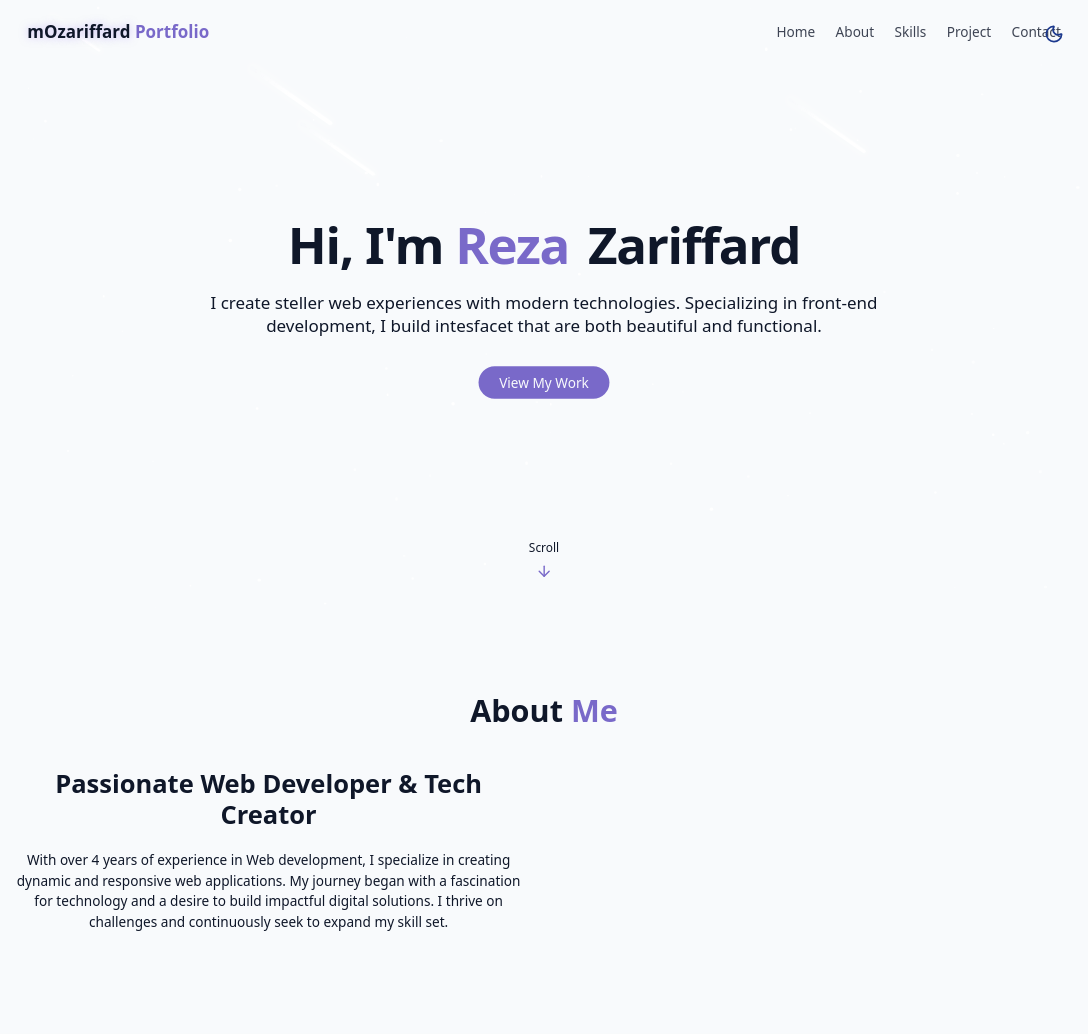
Repository: mOzariffard/Portfolio
Page: /
The author's editor kept a copy of each file at every save. The page is drawn from the files as they stood at one save, then again after the next save.
The browser window is 1280 px wide. The pictures show the whole page, at 85% of full size.
The project was rebuilt for these pictures with package versions that can differ from the ones it lists, and the page was loaded fresh each time. Also part of the build but not shown: vite.config.js, src/pages/NotFound.jsx.

Above is the page before, as saved 2025-06-29 14:37:26.

### src/App.jsx
import  Home from "./pages/Home"
import { BrowserRouter, Route, Routes } from "react-router-dom"
import NotFound from "./pages/NotFound"


function App() {

  return (
    <>
    <BrowserRouter>
    <Routes>
      <Route index element={<Home />} />
      <Route path="*" element={<NotFound />} />
    </Routes>
    </BrowserRouter>
    </>
  )
}

export default App

### src/pages/Home.jsx
import React from 'react'
import ThemeToggle from '@/components/ThemeToggle'
import StartBackground from '@/components/StartBackground'
import Navbar from '@/components/Navbar'
import HeroSection from '@/components/HeroSection'
import AboutSection from '@/components/AboutSection'

const Home = () => {
  return (
    <div className='min-h-screen bg-background text-foreground overflow-x-hidden'>
        {/*----------------Theme Toggle----------------*/}
        <ThemeToggle />
        {/*----------------Background Effects----------------*/}
        <StartBackground/>
        {/*----------------Nav Bar----------------*/}
        <Navbar/>
        {/*----------------Main Content----------------*/}
        <main>
        <HeroSection />
        <AboutSection />
        </main>
        {/*----------------Footer----------------*/}


    </div>
  )
}

export default Home

### src/components/ThemeToggle.jsx
import React, { useEffect, useState } from 'react'
import { Sun, Moon } from 'lucide-react'
import { cn } from '@/lib/utils';
const ThemeToggle = () => {
    const [isDarkMode, setIsDarkMode]= useState(false);

    useEffect(()=>{
        const storedTheme= localStorage.getItem('theme');
        if(storedTheme=== 'dark'){
            setIsDarkMode(true);
            document.documentElement.classList.add('dark');
        }else{
            localStorage.setItem('theme', 'light');
            setIsDarkMode(false);
        }
    },[])
    const toggleTheme=()=>{
        if(isDarkMode){
            document.documentElement.classList.remove('dark');
            localStorage.setItem('theme', 'light');
            setIsDarkMode(false);
        }else{
            document.documentElement.classList.add('dark');
            localStorage.setItem('theme', 'dark');
            setIsDarkMode(true);
        }
    }
  return (
    <button onClick={toggleTheme} className={cn(
        "fixed max-sm:hidden top-5 right-5 z-50 p-2 rounded-full transition-colors duration-300",
        "focus:outline-hidden")}>
        {isDarkMode ? <Sun className='h-6 w-6 text-yellow-300'/> : <Moon className='h-6 w-6 text-blue-900' />}
    </button>
  )
}

export default ThemeToggle

### src/components/StartBackground.jsx
import React, { useEffect, useState } from 'react'

// START has
// ID , SIZE , X , Y , OPACITY , ANIMATION DURATION
// METEOR has
// ID , SIZE , X , Y , DELAY , DURATION

const StartBackground = () => {
    const [stars,setStars]=useState([]);
    const [meteors,setMeteors]=useState([]);

    useEffect(()=>{
        generateStars();
        generateMeteors();

        const handleResize = ()=>{
            generateStars();
        };

        window.addEventListener('resize', handleResize);

        return ()=> window.removeEventListener('resize', handleResize);

    },[])

    const generateStars = () =>{
        const numbersOfStars = Math.floor(window.innerWidth * window.innerHeight /10000);

        const newStars=[];

        for(let i=0; i<numbersOfStars; i++){
            newStars.push({
                id: i,
                size: Math.random()* 3 + 1,
                x: Math.random()*100 ,
                y:  Math.random()*100,
                opacity: Math.random()*0.5 +0.5 ,
                animationDuration: Math.random()*4+2 ,
            });
        }

        setStars(newStars);
    };

    const generateMeteors = () =>{
        const numbersOfMeteors = 4;

        const newMeteors=[];

        for(let i=0; i<numbersOfMeteors; i++){
            newMeteors.push({
                id: i,
                size: Math.random()* 2 + 1,
                x: Math.random()* 100 ,
                y:  Math.random()* 20,
                delay: Math.random()* 15 ,
                animationDuration: Math.random()*3+3 ,
            });
        }

        setMeteors(newMeteors);
    };


  return (
    <div className='fixed inset-0 overflow-hidden pointer-events-none z-0 '>
        {stars.map((star)=>(
            <div
            key={star.id}
                className='star animate-pluse-subtle' style={{
                width:`${star.size}px` ,
                height: `${star.size}px`,
                left: `${star.x}%`,
                top: `${star.y}%`,
                opacity:`${star.opacity}` ,
                animationDuration: `${star.animationDuration}s`
            }} />
        ))}

        {meteors.map((meteor)=>(
            <div
            className='meteor animate-meteor'
            key={meteor.id}
            style={{
                width: `${meteor.size* 50}px`,
                height: `${meteor.size * 2}px`,
                left: `${meteor.x}%`,
                top: `${meteor.y}%`,
                animationDelay: `${meteor.delay}`,
                animationDuration: `${meteor.duration}s`
            }}
            />
        ))}
    </div>
  )
}

export default StartBackground

### src/components/Navbar.jsx
import React, { useState, useEffect } from 'react';
import { cn } from '@/lib/utils';
import { X , Menu } from 'lucide-react';

const navItems = [
    { name: 'Home', href: '#hero' },
    { name: 'About', href: '#about' },
    { name: 'Skills', href: '#skills' },
    { name: 'Project', href: '#project' },
    { name: 'Contact', href: '#contact' },
];

const Navbar = () => {
    const [isScrolled, setIsScrolled] = useState(false);
    const [isMenuOpen, setIsMenuOpen] = useState(false);

    useEffect(() => {
        const handleScroll = () => {
            setIsScrolled(window.scrollY > 10);
        };

        window.addEventListener('scroll', handleScroll);

        return () => window.removeEventListener('scroll', handleScroll);
    }, []);

    return (
        <nav
            className={cn(
                'fixed w-full z-40 transition-all duration-300',
                isScrolled ? 'py-3 bg-background/80 backdrop-blur-md shadow-xs' : 'py-6'
            )}
        >
            <div className="container flex items-center justify-between">
                <a href="#hero" className="text-xl font-bold text-primary flex items-center">
                    <span className="relative z-10">
                        <span className="text-glow text-foreground">mOzariffard</span> Portfolio
                    </span>
                </a>

                {/* DESKTOP NAV */}
                <div className="hidden md:flex space-x-6">
                    {navItems.map((item, key) => (
                        <a
                            key={key}
                            href={item.href}
                            className="text-foreground/80 hover:text-primary transition-colors duration-300"
                        >
                            {item.name}
                        </a>
                    ))}
                </div>

                {/* MOBILE NAV */}
                <button onClick={() => setIsMenuOpen((prev)=> !prev)}
                className='md:hidden p-2 text-foreground z-50'
                aria-label={!isMenuOpen ? 'Close Menu': 'Open Menu'}
                >
                {isMenuOpen ? <X size={24} /> : <Menu size={24} />}
                </button>

                <div
                    className={cn(
                        'fixed inset-0 bg-background/90 backdrop-blur-md z-40 flex flex-col items-center justify-center',
                        'transition-all duration-300 md:hidden',
                        isMenuOpen ? 'opacity-100 pointer-events-auto' : 'opacity-0 pointer-events-none'
                    )}
                >
                    <div className="flex flex-col space-y-8 text-xl">
                        {navItems.map((item, key) => (
                            <a
                                key={key}
                                href={item.href}
                                className="text-foreground/80 hover:text-primary transition-colors duration-300"
                                onClick={() => setIsMenuOpen(false)}
                            >
                                {item.name}
                            </a>
                        ))}
                    </div>
                </div>
            </div>
        </nav>
    );
};

export default Navbar;

### src/components/HeroSection.jsx
import { ArrowDown } from 'lucide-react'
import React from 'react'

const HeroSection = () => {
  return (
    <section className='relative min-h-screen flex flex-col items-center justify-center px-4'>
        <div className='container max-w-4xl mx-auto text-center z-10'>
            <div className='space-y-6'>
                <h1 className='text-4xl md:text-6xl font-bold tracking-tight'>
                <span className='opacity-0 animate-fade-in' >Hi, I'm</span>
                <span className='text-primary opacity-0 animate-fade-in-delay-1'> Reza</span>
                <span className='text-gradient ml-2 opacity-0 animate-fade-in-delay-2'> Zariffard</span>
                </h1>
                <p className='text-lg md:text-xl text-muted-foreground max-2-2xl mx-auto opacity-0 animate-fade-in-delay-3'>
                    I create steller web experiences with modern technologies.
                    Specializing in front-end development, I build intesfacet
                    that are both beautiful and functional.
                </p>
                <div className='pt-4 opacity-0 animate-fade-in-delay-4'>
                    <a href="#projects" className='cosmic-button'> View My Work</a>
                </div>
            </div>
        </div>

        <div className='absolute bottom-8 left-1/2 transform -translate-x-1/2 flex flex-col items-center animate-bounce'>
        <span className='text-sm text-muted-forgeround mb-2'> Scroll</span>
        <ArrowDown className='h-5 w-5 text-primary'/>
        </div>
    </section>
  )
}

export default HeroSection

### src/components/AboutSection.jsx
import React from 'react'

const AboutSection = () => {
  return (
    <section id='about' className='py-24 px-4 relative'>
      <div className='container mx-auto max-w-5xl'>
        <h2 className='text-3xl md:text-4xl font-bold mb-12 text-center'>
          About <span className='text-primary'>Me</span>
        </h2>
      </div>

      <div className='grid grid-cols-1 md:grid-cols-2 gap-12 items-center'>
        <div className='space-y-6'>
          <h3 className='text-2xl md:text-3xl font-semibold'>
            Passionate Web Developer & Tech Creator
          </h3>

          <p className='text-muted-foreground'>
            With over 4 years of experience in Web development,
            I specialize in creating dynamic and responsive web applications.
            My journey began with a fascination for technology and a desire to
            build impactful digital solutions. I thrive on
            challenges and continuously seek to expand my skill set.
          </p>

          <p>

          </p>
        </div>
      </div>
    </section>
  )
}

export default AboutSection

### src/lib/utils.js
import {clsx} from 'clsx';
import { twMerge } from 'tailwind-merge';



export const cn= (...inputs)=>{
    return twMerge(clsx(inputs));
}

Loaded but not shown: index.html (common file); src/main.jsx (common file); src/index.css (common file)

After the next save:
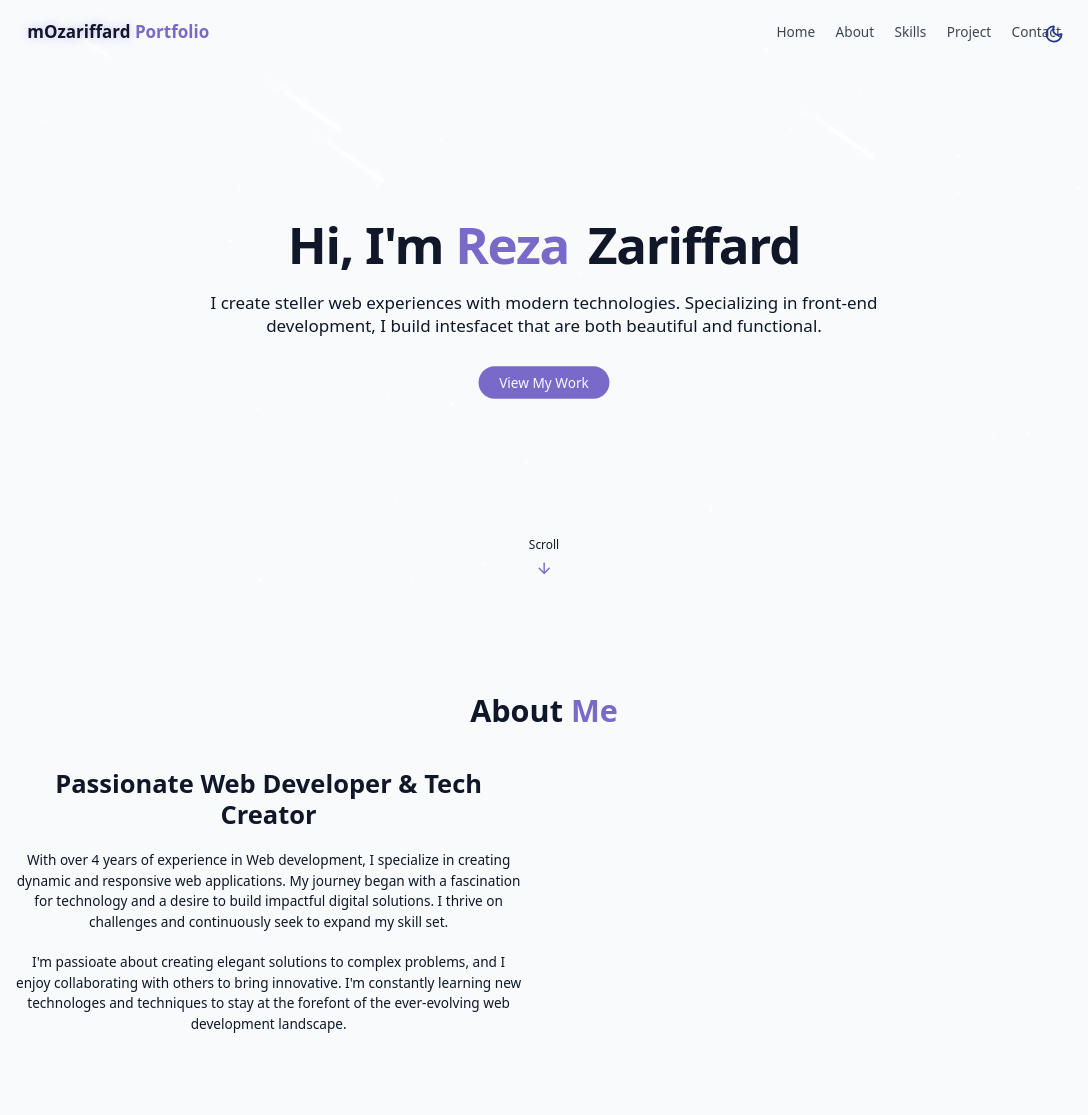
Saved 2 min 30 s later.
--- a/src/components/AboutSection.jsx
+++ b/src/components/AboutSection.jsx
@@ -24,7 +24,10 @@ const AboutSection = () => {
           </p>
 
           <p>
-
+            I'm passioate about creating elegant solutions to complex
+            problems, and I enjoy collaborating with others to bring innovative.
+            I'm constantly learning new technologes and techniques to stay at the forefont
+            of the ever-evolving web development landscape.
           </p>
         </div>
       </div>
